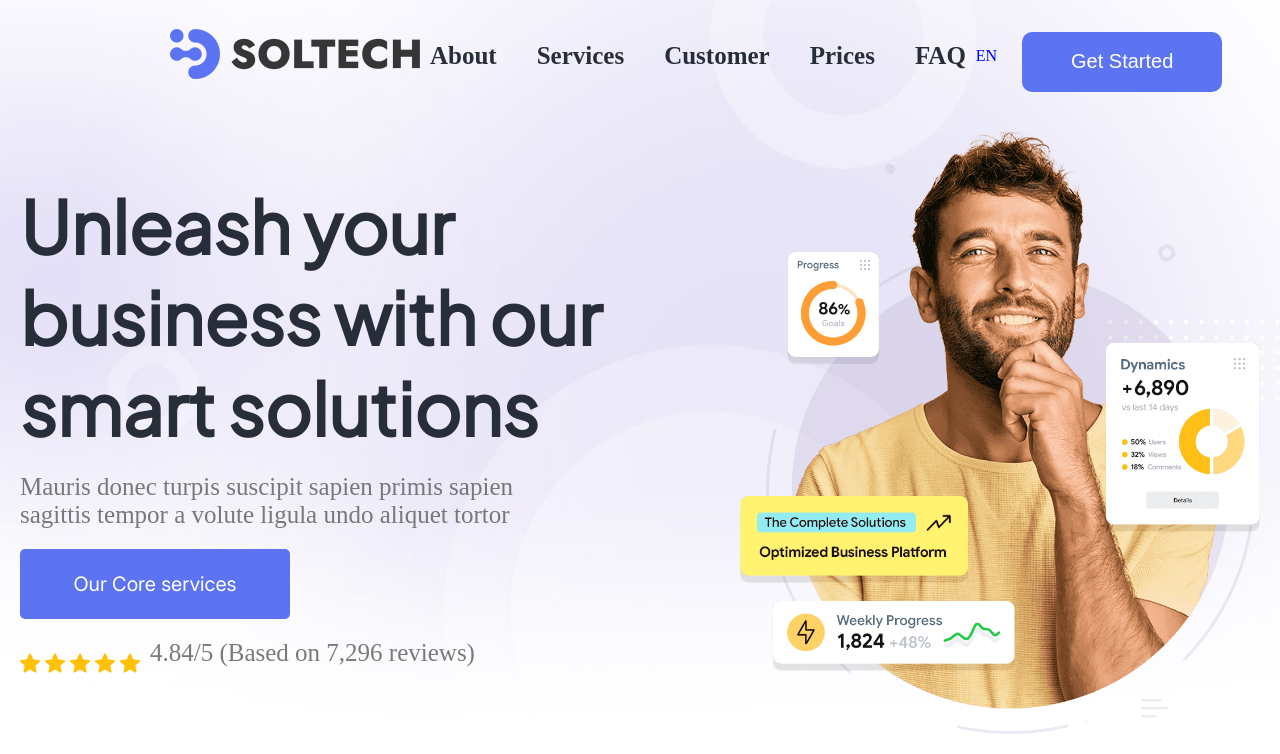
Repository: md-rabbi-hossain/Soltech-html
Page: index.html
These files come from the project's save history. The page is drawn as it stood at one moment and after the next save; the edit follows.
The browser window is 1280 px wide. The pictures show the whole page.

Above is the page before, as saved 2025-01-08 15:55:25.

After the next save:
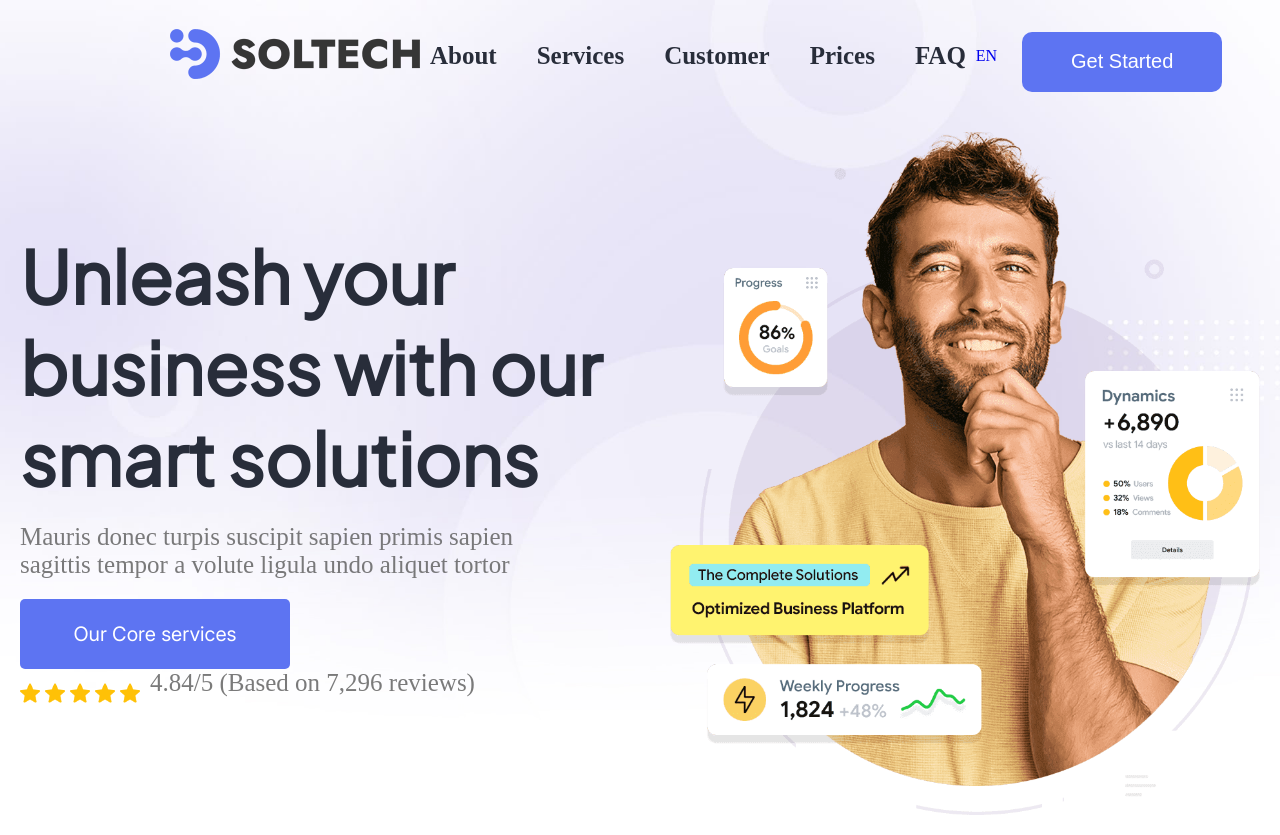
Saved 13 s later.
--- a/Css/style.css
+++ b/Css/style.css
@@ -173,12 +173,6 @@ nav.sticky {
 .icon img {
   width: 20px;
 }
-.text {
-  display: flex;
-  align-items: center;
-  width: 700px;
-  padding-top: 20px;
-}
 
 .text {
   display: flex;
